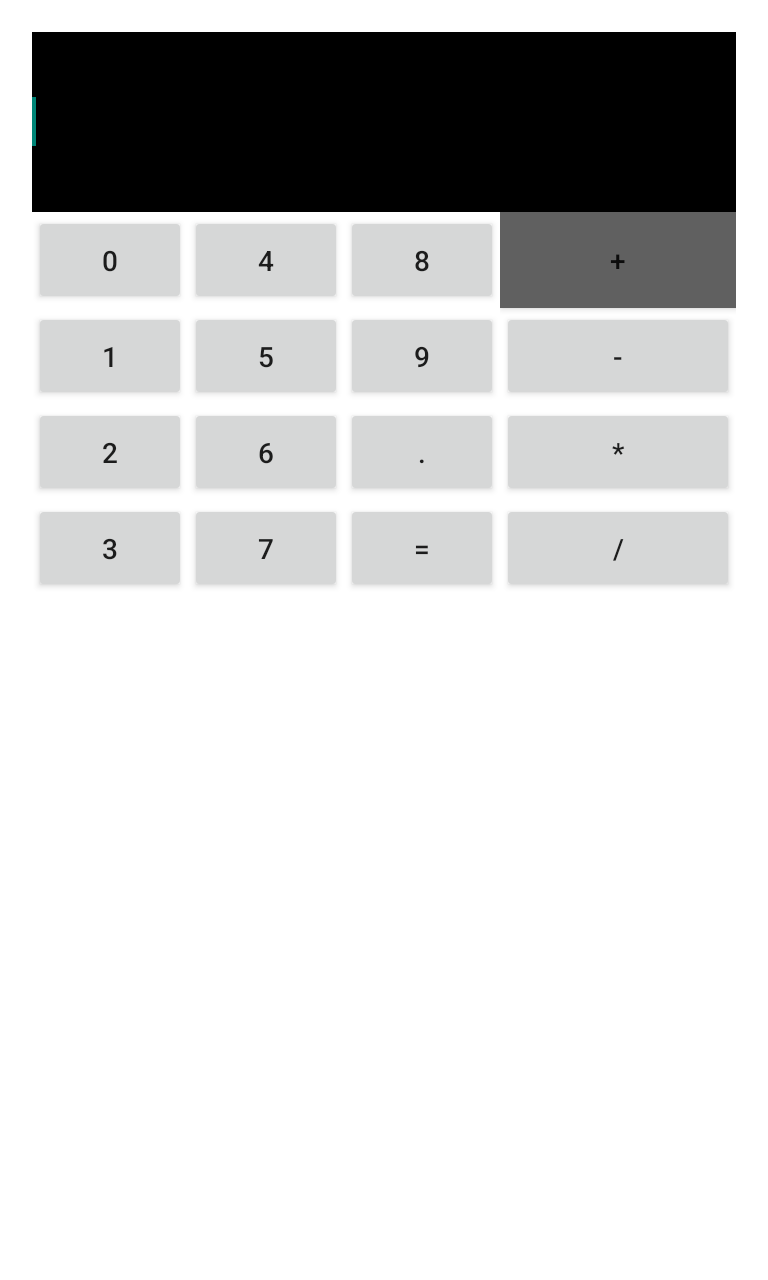
Repository: roopasree/new-pgm
Layout: Newapp/res/layout/ctivity3_main.xml
An editor plug-in stored every save of this project. The layout is shown before and after the next save, followed by the edit.
It is drawn on a 768 x 1280 px phone screen (xhdpi) without system bars, with theme AppTheme; the app's code is not run.

Above is the layout before, as saved 2015-02-16 05:52:29.

After the next save:
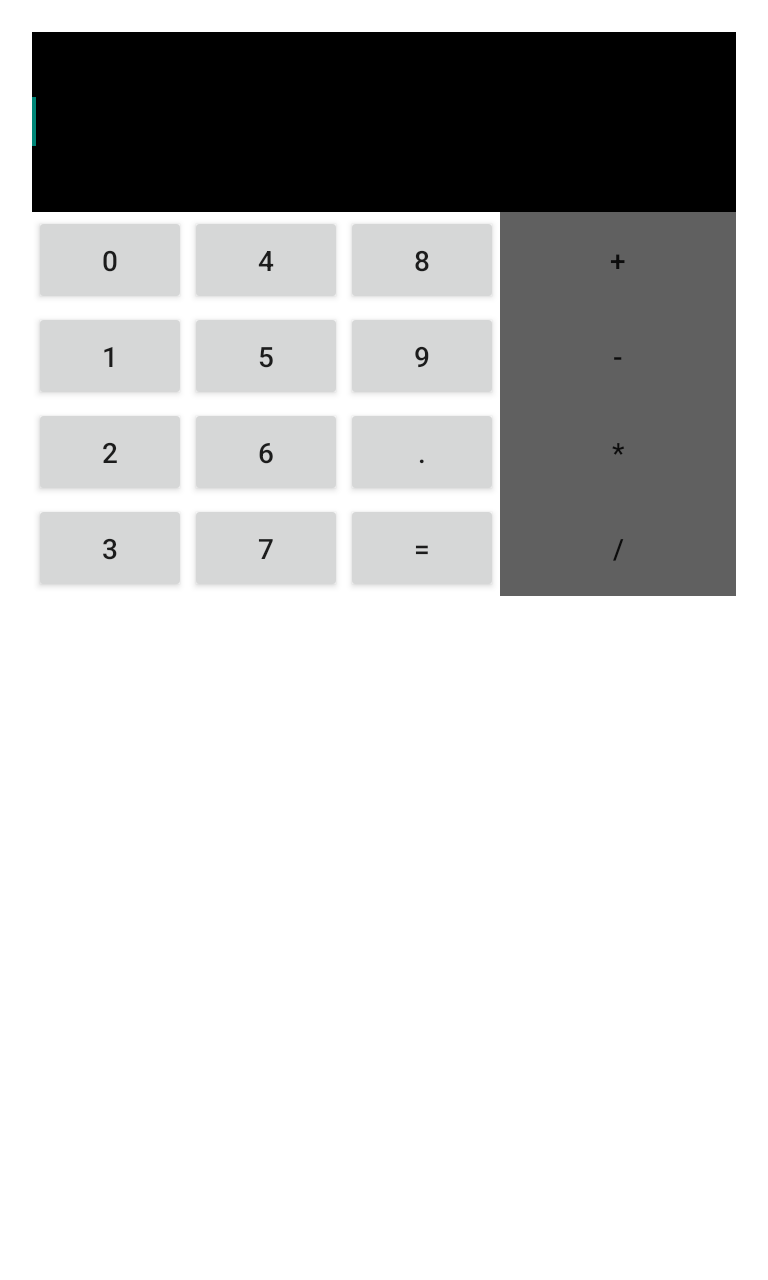
Saved 15 s later.
--- a/Newapp/res/layout/ctivity3_main.xml
+++ b/Newapp/res/layout/ctivity3_main.xml
@@ -21,8 +21,6 @@
 
     <LinearLayout
         android:layout_width="match_parent"
-
-
         android:layout_height="wrap_content"
         android:layout_alignLeft="@+id/editText1"
         android:layout_below="@+id/editText1"
@@ -71,10 +69,9 @@
         <LinearLayout
             android:layout_width="wrap_content"
             android:layout_height="match_parent"
-                        android:weightSum="4.0"
-
             android:layout_weight="1.0"
-            android:orientation="vertical" >
+            android:orientation="vertical"
+            android:weightSum="4.0" >
 
             <Button
                 android:id="@+id/button5"
@@ -110,12 +107,11 @@
         </LinearLayout>
 
         <LinearLayout
-                        android:weightSum="4.0"
-
             android:layout_width="wrap_content"
             android:layout_height="match_parent"
             android:layout_weight="1.0"
-            android:orientation="vertical" >
+            android:orientation="vertical"
+            android:weightSum="4.0" >
 
             <Button
                 android:id="@+id/button9"
@@ -144,7 +140,6 @@
                 android:layout_width="match_parent"
                 android:layout_height="wrap_content"
                 android:text="=" />
-
         </LinearLayout>
 
         <LinearLayout
@@ -155,31 +150,32 @@
 
             <Button
                 android:id="@+id/button13"
-                android:background="#606060"
                 android:layout_width="match_parent"
                 android:layout_height="wrap_content"
+                android:background="#606060"
                 android:text="+" />
 
             <Button
                 android:id="@+id/button14"
                 android:layout_width="match_parent"
                 android:layout_height="wrap_content"
+                android:background="#606060"
                 android:text="-" />
 
             <Button
                 android:id="@+id/button15"
                 android:layout_width="match_parent"
                 android:layout_height="wrap_content"
+                android:background="#606060"
                 android:text="*" />
 
             <Button
                 android:id="@+id/button16"
                 android:layout_width="match_parent"
                 android:layout_height="wrap_content"
+                android:background="#606060"
                 android:text="/" />
-
         </LinearLayout>
-
     </LinearLayout>
 
 </RelativeLayout>
